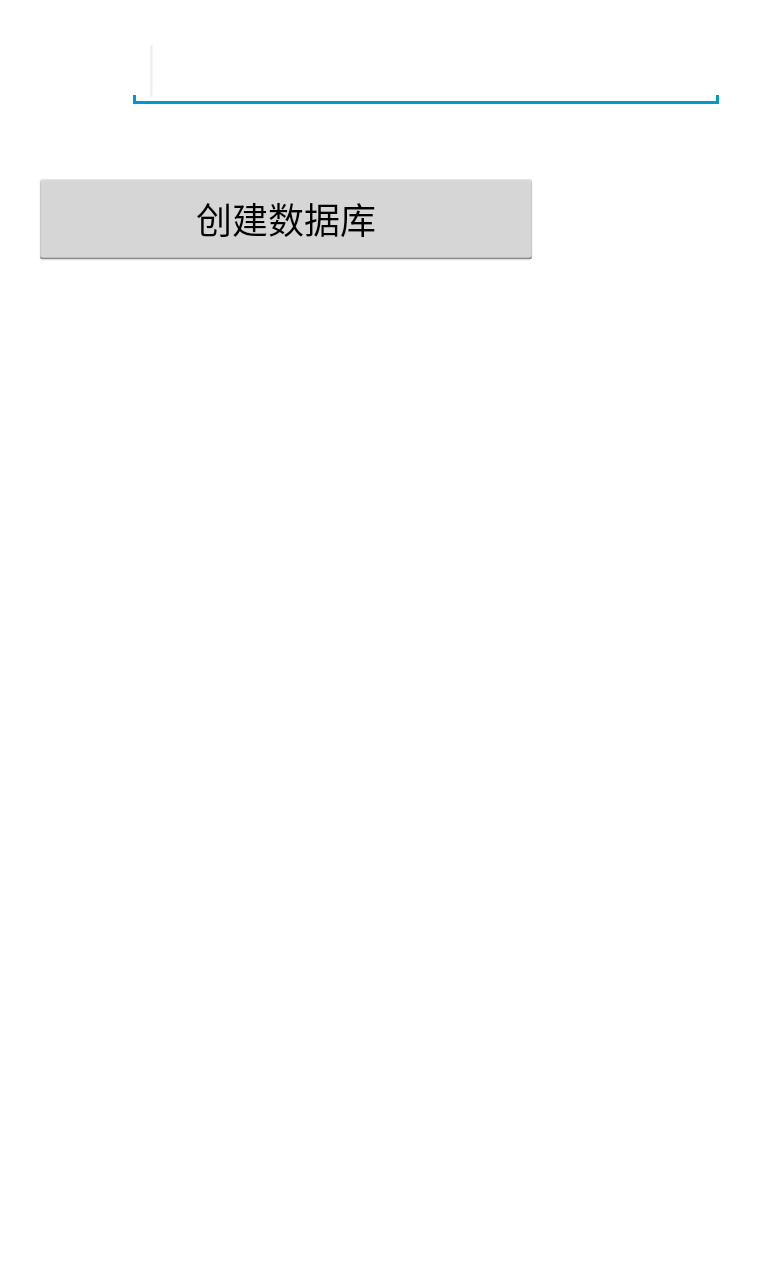
Repository: moetmd/learning-Android
Layout: SQLite/res/layout/activity_main.xml
The author's editor kept a copy of each file at every save. The layout is drawn from the files as they stood at one save, then again after the next save.
It is drawn on a 768 x 1280 px phone screen (xhdpi) without system bars, with theme AppTheme; the app's code is not run.

Above is the layout before, as saved 2014-11-18 08:52:18.

### SQLite/res/layout/activity_main.xml
<RelativeLayout xmlns:android="http://schemas.android.com/apk/res/android"
    xmlns:tools="http://schemas.android.com/tools"
    android:layout_width="match_parent"
    android:layout_height="match_parent"
    android:paddingBottom="@dimen/activity_vertical_margin"
    android:paddingLeft="@dimen/activity_horizontal_margin"
    android:paddingRight="@dimen/activity_horizontal_margin"
    android:paddingTop="@dimen/activity_vertical_margin"
    tools:context="com.niit.sqlite.MainActivity$PlaceholderFragment" >

    <LinearLayout
        android:id="@+id/linearLayout1"
        android:layout_width="fill_parent"
        android:layout_height="fill_parent"
        android:layout_alignParentRight="true"
        android:layout_centerVertical="true"
        android:orientation="vertical" >

        <EditText
            android:id="@+id/et_dbname"
            android:layout_width="300dp"
            android:layout_height="wrap_content"
            android:layout_marginLeft="47dp"
            android:ems="10" >

            <requestFocus />
        </EditText>

        <Button
            android:id="@+id/bt_createdb"
            android:layout_width="254dp"
            android:layout_height="wrap_content"
            android:layout_marginTop="30dp"
            android:text="创建数据库" />
    </LinearLayout>

</RelativeLayout>

Loaded but not shown: SQLite/res/values/styles.xml (common file); SQLite/res/values-v11/styles.xml (common file); SQLite/res/values-v14/styles.xml (common file); SQLite/res/values/dimens.xml (common file); SQLite/res/values-w820dp/dimens.xml (common file)

After the next save:
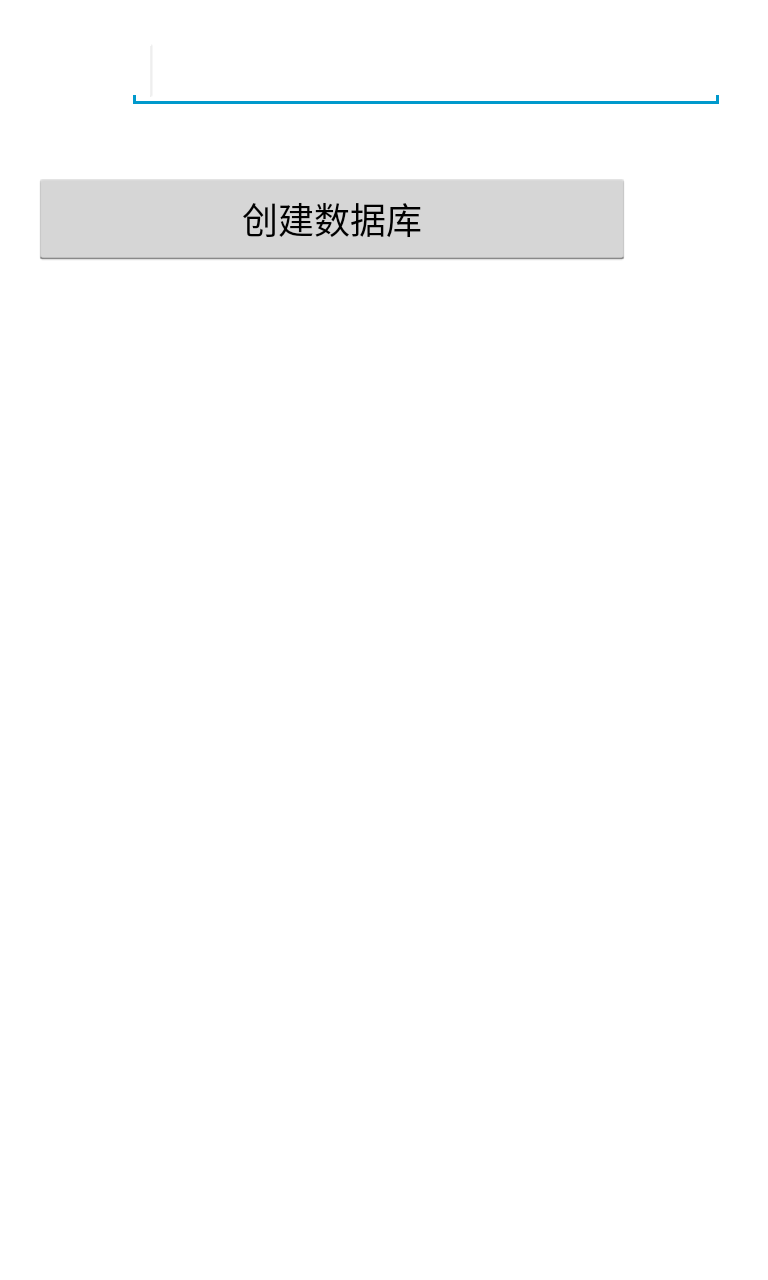
Saved 9 s later.
--- a/SQLite/res/layout/activity_main.xml
+++ b/SQLite/res/layout/activity_main.xml
@@ -28,7 +28,7 @@
 
         <Button
             android:id="@+id/bt_createdb"
-            android:layout_width="254dp"
+            android:layout_width="300dp"
             android:layout_height="wrap_content"
             android:layout_marginTop="30dp"
             android:text="创建数据库" />
